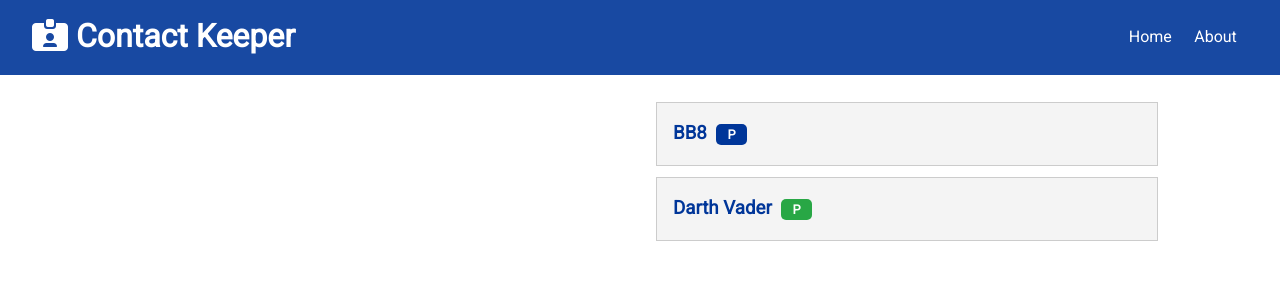
Repository: mjcanon4/contact-keeper
Page: / (app in client/)
An editor plug-in stored every save of this project. The page is shown before and after the next save, followed by the edit.
The browser window is 1280 px wide. The pictures show the whole page.
Some web libraries are served in a nearby version. The project was rebuilt for these pictures with package versions that can differ from the ones it lists, and the page was loaded fresh each time. A package was used in the major version that the imports need, not the one package.json lists. Also part of the build but not shown: client/src/components/pages/About.js.

Above is the page before, as saved 2021-08-17 20:25:04.

### client/public/index.html
<!DOCTYPE html>
<html lang="en">
  <head>
    <meta charset="utf-8" />
    <link rel="icon" href="%PUBLIC_URL%/favicon.ico" />
    <meta name="viewport" content="width=device-width, initial-scale=1" />
    <meta name="theme-color" content="#000000" />

    <link rel="manifest" href="%PUBLIC_URL%/manifest.json" />
    <script
      src="https://kit.fontawesome.com/90d15019d4.js"
      crossorigin="anonymous"
    ></script>
    <title>Contact Keeper | Keep track of your contacts</title>
  </head>
  <body>
    <noscript>You need to enable JavaScript to run this app.</noscript>
    <div id="root"></div>
  </body>
</html>

### client/src/App.js
import React, { Fragment } from "react";
import { BrowserRouter as Router, Route, Switch } from "react-router-dom";

import Navbar from "../src/components/layouts/Navbar";
import Home from "./components/pages/Home";
import About from "./components/pages/About";

import ContactState from "./context/contact/ContactState";

import "./App.css";

const App = () => {
  return (
    <ContactState>
      <Router>
        <Navbar />
        <div className="container">
          <Switch>
            <Route exact path="/" component={Home} />
            <Route exact path="/about" component={About} />
          </Switch>
        </div>
      </Router>
    </ContactState>
  );
};

export default App;

### client/src/components/layouts/Navbar.js
import React from "react";
import PropTypes from "prop-types";
import { Link } from "react-router-dom";

const Navbar = ({ title, icon }) => {
  return (
    <div className="navbar bg-primary">
      <h1>
        <i className={icon} /> {title}
      </h1>
      <ul>
        <li>
          <Link to="/">Home</Link>
        </li>
        <li>
          <Link to="/about">About</Link>
        </li>
      </ul>
    </div>
  );
};

Navbar.propTypes = {
  title: PropTypes.string.isRequired,
  icon: PropTypes.string,
};

Navbar.defaultProps = {
  title: "Contact Keeper",
  icon: "fas fa-id-card-alt",
};

export default Navbar;

### client/src/components/pages/Home.js
import React from "react";
import Contacts from "../contacts/Contacts";

const Home = () => {
  return (
    <div className="grid-2">
      <div>{/*Contact form*/}</div>
      <div>
        <Contacts />
      </div>
    </div>
  );
};
export default Home;

### client/src/context/contact/ContactState.js
import React, { useReducer } from "react";
import uuid from "uuid";
import ContactContext from "./contactContext";
import contactReducer from "./contactReducer";
import {
  ADD_CONTACT,
  DELETE_CONTACT,
  SET_CURRENT,
  CLEAR_CURRENT,
  UPDATE_CONTACT,
  FILTER_CONTACT,
  CLEAR_FILTER,
} from "../types";

const ContactState = (props) => {
  const initialState = {
    contacts: [
      {
        type: "personal",
        _id: "611b09d9574b451db0f32355",
        name: "BB8",
        email: "bb8@email.com",
        phone: "999-999-9999",
        user: "611327a20d6cfe829f2e5c2a",
        date: "2021-08-17T00:59:05.177Z",
        __v: 0,
      },
      {
        type: "professional",
        _id: "611328130d6cfe829f2e5c2f",
        name: "Darth Vader",
        email: "darthvader@email.com",
        phone: "333-333-3333",
        user: "611327a20d6cfe829f2e5c2a",
        date: "2021-08-11T01:29:55.413Z",
        __v: 0,
      },
    ],
  };

  const [state, dispatch] = useReducer(contactReducer, initialState);

  // ADD CONTACT

  // DELETE CONTACT

  // SET CURRENT CONTACT

  // CLEAR CURRENT CONTACT

  // UPDATE CONTACT

  // FILTER CONTACTS

  // CLEAR FILTER

  return (
    <ContactContext.Provider
      value={{
        contacts: state.contacts,
      }}
    >
      {props.children}
    </ContactContext.Provider>
  );
};

export default ContactState;

### client/src/components/contacts/Contacts.js
import React, { Fragment, useContext } from "react";
import ContactContext from "../../context/contact/contactContext";
import ContactItem from "./ContactItem";

const Contacts = () => {
  const contactContext = useContext(ContactContext);

  const { contacts } = contactContext;

  return (
    <Fragment>
      {contacts.map((contact) => (
        <ContactItem key={contact.id} contact={contact} />
      ))}
    </Fragment>
  );
};

export default Contacts;

### client/src/context/types.js
export const ADD_CONTACT = "ADD_CONTACT";
export const DELETE_CONTACT = "DELETE_CONTACT";
export const SET_CURRENT = "SET_CURRENT";
export const CLEAR_CURRENT = "CLEAR_CURRENT";
export const UPDATE_CONTACT = "UPDATE_CONTACT";
export const FILTER_CONTACT = "FILTER_CONTACT";
export const CLEAR_FILTER = "CLEAR_FILTER";
export const SET_ALERT = "SET_ALERT";
export const REMOVE_ALERT = "REMOVE_ALERT";

### client/src/components/contacts/ContactItem.js
import React from "react";

const ContactItem = ({ contact }) => {
  const { id, name, email, phone, type } = contact;

  return (
    <div className="card bg-light">
      <h3 className="text-primary text-left">
        {name}{" "}
        <span
          className={
            "badge " +
            (type == "professional" ? "badge-success" : "badge-primary")
          }
        >
          {type.charAt(0).toUpperCase()}
        </span>
      </h3>
    </div>
  );
};

export default ContactItem;

Loaded but not shown: client/src/index.js (common file); client/src/App.css (common file); client/src/context/contact/contactContext.js (common file); client/src/context/contact/contactReducer.js (no stored copy; drawn as an empty file)

After the next save:
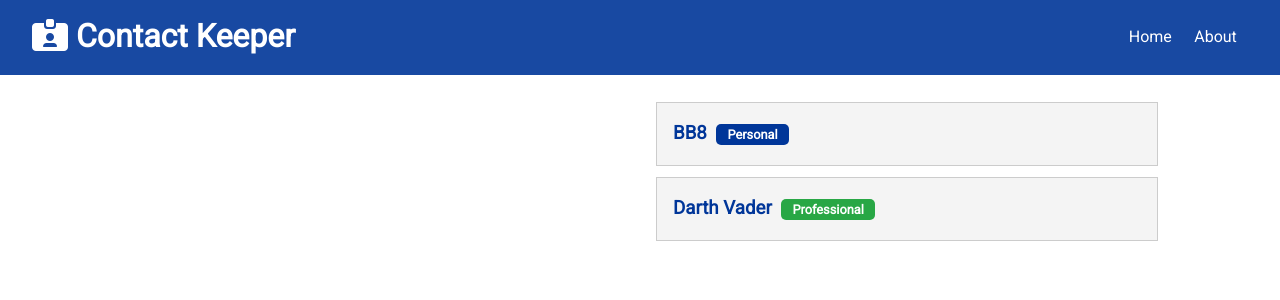
Saved 25 s later.
--- a/client/src/components/contacts/ContactItem.js
+++ b/client/src/components/contacts/ContactItem.js
@@ -13,7 +13,7 @@ const ContactItem = ({ contact }) => {
             (type == "professional" ? "badge-success" : "badge-primary")
           }
         >
-          {type.charAt(0).toUpperCase()}
+          {type.charAt(0).toUpperCase() + type.slice(1)}
         </span>
       </h3>
     </div>
